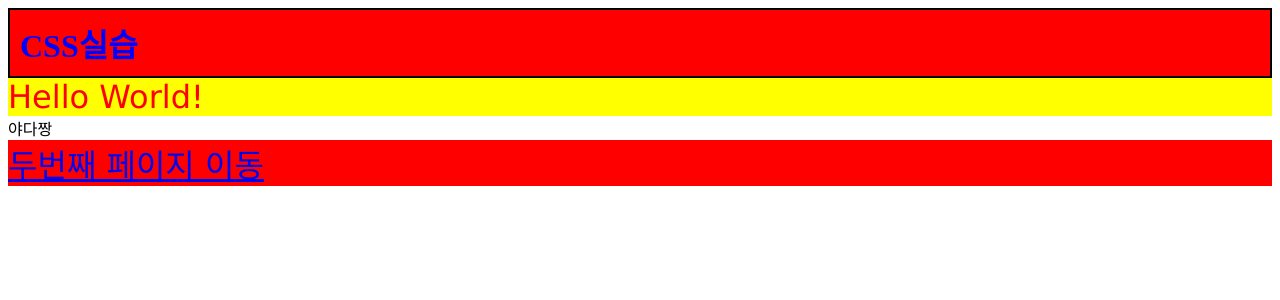
Repository: ashojm/WebWork
Page: Web/first.html
An editor plug-in stored every save of this project. The page is shown before and after the next save, followed by the edit.
The browser window is 1280 px wide. The pictures show the whole page.

Above is the page before, as saved 2015-11-12 16:37:56.

### Web/first.html
<!DOCTYPE html>
<html>
	<head>
		<meta charset="UTF-8">
		<link rel="stylesheet" href="css/base.css"/>
		<title>제목입니다.</title>
	</head>
	<body>
		<h1>CSS실습</h1>
		<p>
			Hello World!
		</p>
		<p id="test">
			야다짱
		</p>
		<p class="yada">
			<a href="second.html" target="">두번째 페이지 이동</a>

		</p>

	</body>
</html>

### Web/css/base.css
h1{color:#0000FF;font-family:serif;font-size:200%;background-color:red;border:2px solid black;padding:10px;margin:0 auto}
p {color:red;font-size:200%;font-family:Verdana;background-color:yellow;margin:0 auto}
p#yada {color:blue;background-color:red}
p.yada {color:black;background-color:red}
p#test{background-color:white;color:black;font-size:100%}

After the next save:
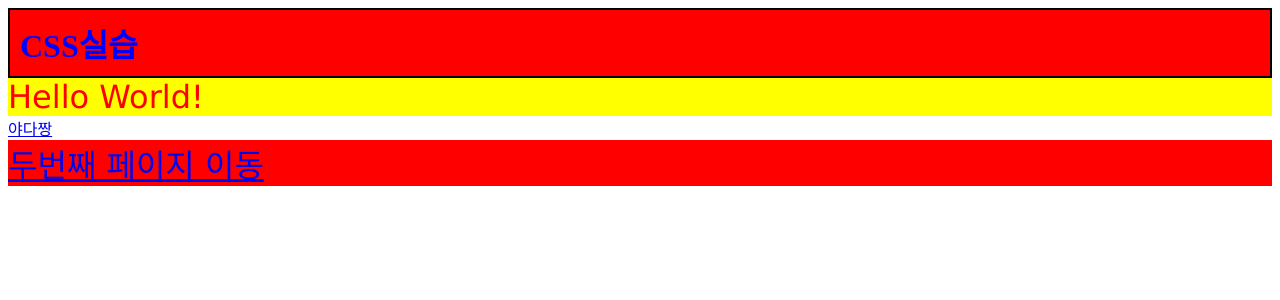
Saved 40 s later.
--- a/Web/first.html
+++ b/Web/first.html
@@ -11,7 +11,7 @@
 			Hello World!
 		</p>
 		<p id="test">
-			야다짱
+			<a href="second.html">야다짱</a>
 		</p>
 		<p class="yada">
 			<a href="second.html" target="">두번째 페이지 이동</a>
